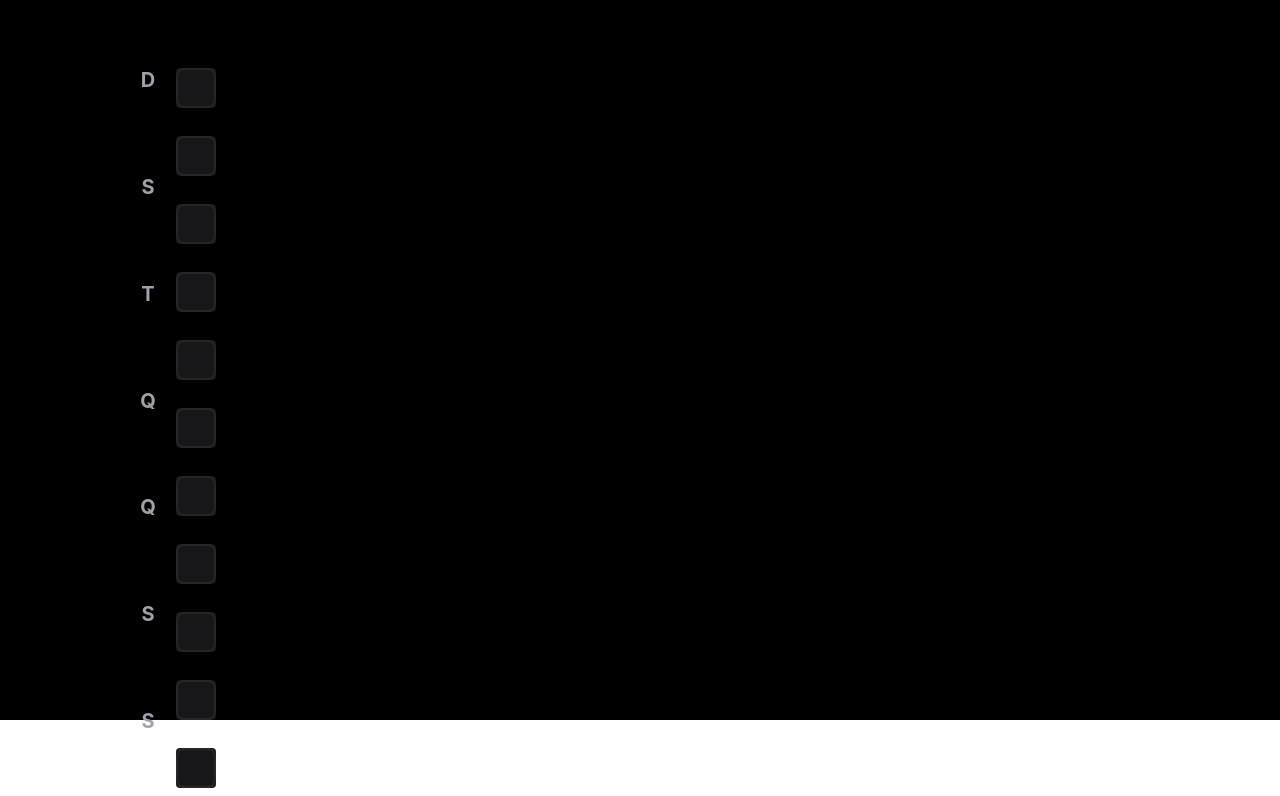
Repository: Herlander929/Setup-Constolador-de-h-bitos
Page: / (app in front-end/web/)
An editor plug-in stored every save of this project. The page is shown before and after the next save, followed by the edit.
The browser window is 1280 px wide. The pictures show the whole page.
The project was rebuilt for these pictures with package versions that can differ from the ones it lists, and the page was loaded fresh each time. Also part of the build but not shown: front-end/web/vite.config.ts.

Above is the page before, as saved 2023-01-19 15:08:29.

After the next save:
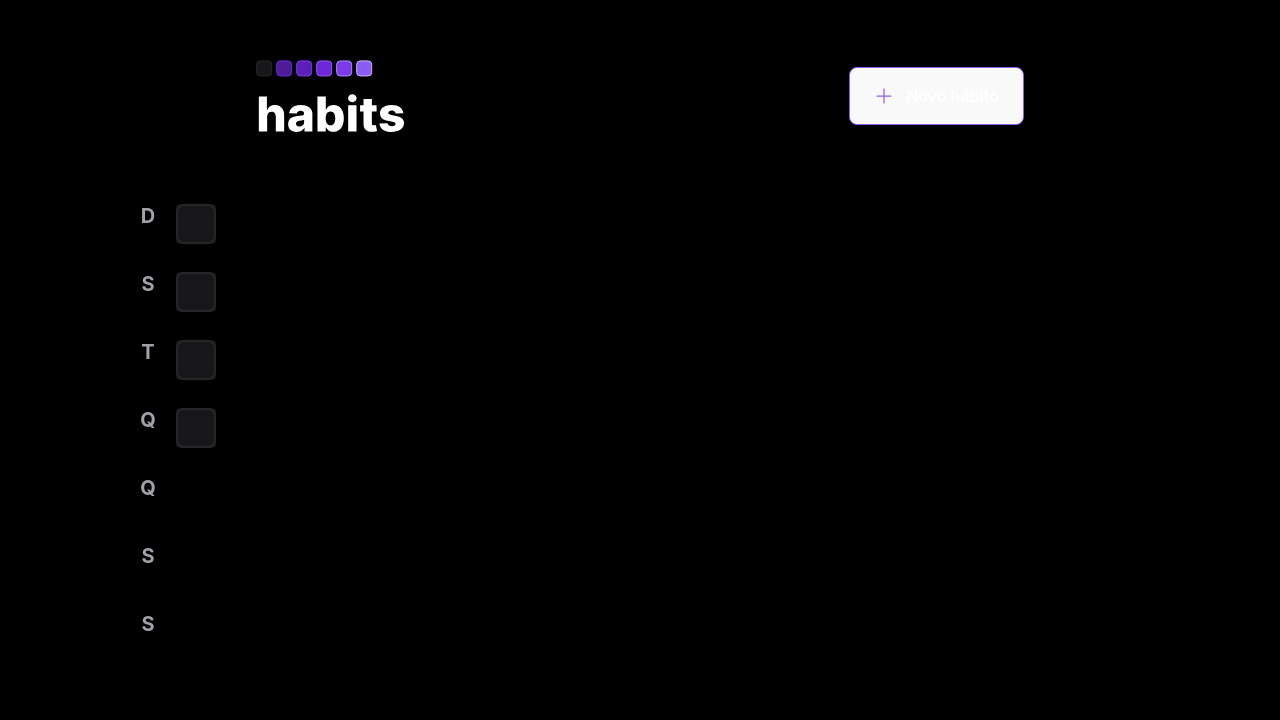
Saved 24 s later.
--- a/front-end/web/src/componentes/SummaryTable.tsx
+++ b/front-end/web/src/componentes/SummaryTable.tsx
@@ -28,13 +28,7 @@ export function SummaryTable() {
                 <HabitDay/>
                 <HabitDay/>
                 <HabitDay/>
-                <HabitDay/>
-                <HabitDay/>
-                <HabitDay/>
-                <HabitDay/>
-                <HabitDay/>
-                <HabitDay/>
-                <HabitDay/>
+
 
             </div>
         </div>
